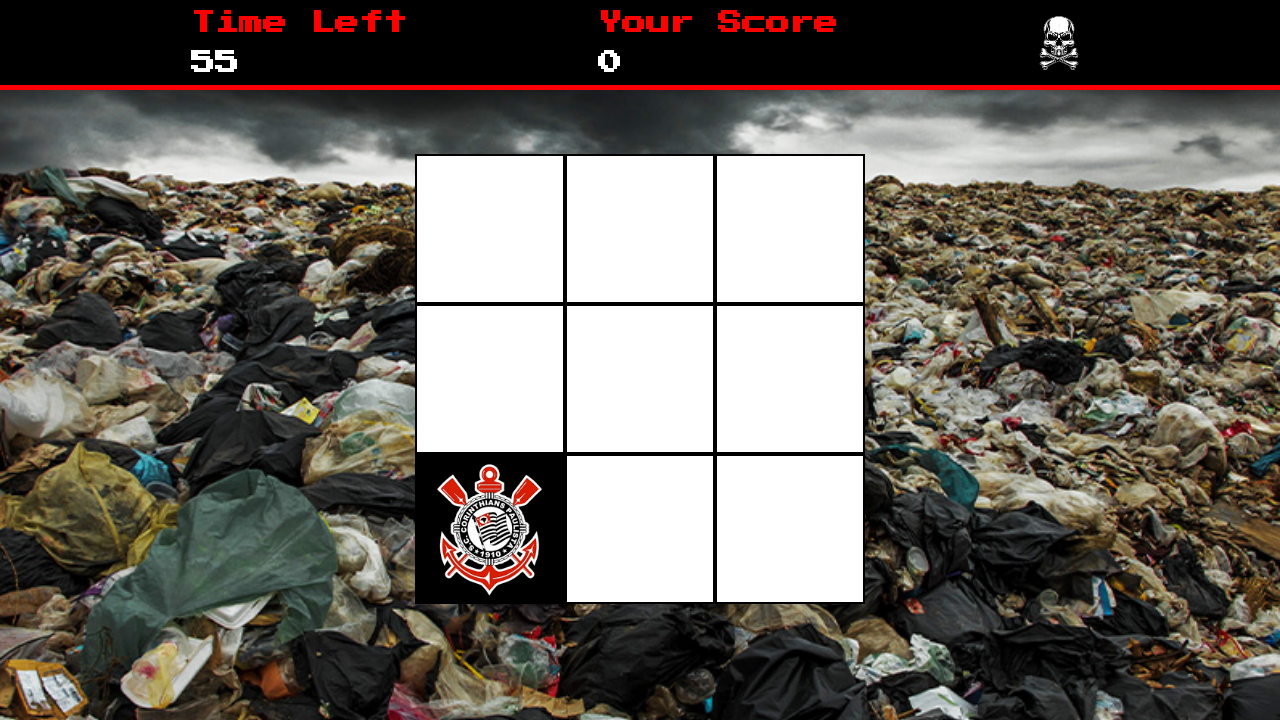
Repository: saulobeltrame/jogo-corinthians
Page: index.html
An editor plug-in stored every save of this project. The page is shown before and after the next save, followed by the edit.
The browser window is 1280 px wide. The pictures show the whole page.
Some web fonts or font styles are not loaded; a fallback is used.

Above is the page before, as saved 2024-11-20 22:29:22.

### index.html
<!-- confg -->
<!DOCTYPE html>
<html lang="pt-br">

<head>
    <meta charset="UTF-8">
    <meta name="viewport" content="width=device-width, initial-scale=1.0">
    <title>Elimine o lixo</title>
    <!-- fonts -->
    <link rel="preconnect" href="https://fonts.googleapis.com">
    <link rel="preconnect" href="https://fonts.gstatic.com" crossorigin>
    <link
        href="https://fonts.googleapis.com/css2?family=Cabin:ital,wght@0,400..700;1,400..700&family=Notable&family=Press+Start+2P&family=Raleway:ital,wght@0,100..900;1,100..900&display=swap"
        rel="stylesheet">
    <!-- styles -->
    <link rel="stylesheet" href="./src/styles/reset.css">
    <link rel="stylesheet" href="./src/styles/main.css">
</head>

<body>

    <div class="container">
        <div class="menu">
            <div class="menu-time">
                <h2 style="color: red;">Time Left</h2>
                <h2 id="time-left">0</h2>
            </div>
            <div class="menu-score">
                <h2 style="color: red;">Your Score</h2>
                <h2 id="score">0</h2>

            </div>
            <div class="menu-lives">
                <img src="./src/images/caveira.jpg" height="60px">

            </div>

        </div>

        <div class="panel">
            <div class="panel-row">
                <div class="square enemy" id="1"></div>
                <div class="square" id="2"></div>
                <div class="square" id="3"></div>
            </div>
            <div class="panel-row">
                <div class="square" id="4"></div>
                <div class="square" id="5"></div>
                <div class="square" id="6"></div>
            </div>
            <div class="panel-row">
                <div class="square" id="7"></div>
                <div class="square" id="8"></div>
                <div class="square" id="9"></div>
            </div>
        </div>

    </div>


    <script defer src="./src/scripts/engine.js"></script>
</body>

</html>

### src/styles/reset.css
*{
    margin:0%;
    padding: 0%;
    box-sizing: border-box;
    /*font-family: "Bebas Neue" , sans-serif;*/
    font-family: "Press Start 2P", cursive;
}

### src/styles/main.css
body{
    background-color: #f0f8ff;
}
.container{
    display:flex;
    flex-direction: column;
    height: 100vh;
    background-image: url(../images/20170116_00_lixoindustrial.jpg);
    background-repeat: no-repeat;
    background-size: cover;
}
.menu{
    display: flex;
    justify-content: space-evenly;
    align-items: center;
    margin-bottom: 5%;
    height: 90px;
    width: 100%;
    background-color: #000000;
    color:rgb(255, 255, 255);
    border-bottom: 5px solid #ff0000;
}
.panel{
    display: flex;
    align-items: center;
    justify-content: center;

}
.square{
    height: 150px;
    width: 150px;
    border: 2px solid rgb(0, 0, 0);
    background-color: #ffffff;
}
.enemy{
    background-image: url(../images/f73aea3ffc64c8fed5872ac0e736c656.png);
    background-size:cover;
    background-position: center;

}
.menu-lives{
    display: flex;
    align-items: center;
    justify-content:center;
}
.menu-time h2:nth-child(2),
.menu-score h2:nth-child(2){
    margin-top: 1rem;
}

### src/scripts/engine.js
alert("Para jogar é só clicar no simbolo para elimina-lo, ao final do tempo mostrará sua pontuação");
const state = {
    view: {
        squares: document.querySelectorAll(".square"),
        enemy: document.querySelector(".enemy"),
        timeleft: document.querySelector("#time-left"),
        score: document.querySelector("#score")
    },
    values: {
        gameVelocity: 550,
        hitPosition: 0,
        result: 0,
        currentTime: 60,
    },
    actions:{
        timerId: setInterval(randomSquare, 550),
        countDownTimerId: setInterval(countDown, 1000),
    }
};

function countDown(){
    state.values.currentTime--;
    state.view.timeleft.textContent = state.values.currentTime;

    if(state.values.currentTime <= 0){
        clearInterval(state.actions.countDownTimerId)
        clearInterval(state.actions.timerId)
        alert("Seu tempo acabou! Você eliminou: " + state.values.result + " lixos");
    }
}

function playSound(){
    let audio = new Audio("./src/audios/Tirosniper1.mp3");
    audio.play();
}

function randomSquare() {
    state.view.squares.forEach((square) => {
        square.classList.remove("enemy");
    });

    let randomNumber = Math.floor(Math.random() * 9)
    let randomSquare = state.view.squares[randomNumber]
    randomSquare.classList.add("enemy")
    state.values.hitPosition = randomSquare.id;
}

function moveEnemy() {
    state.values.timerId = setInterval(randomSquare, state.values.gameVelocity);
}
function addListenerHitBox() {
    state.view.squares.forEach((square) => {
        square.addEventListener("mousedown", () => {
            if (square.id === state.values.hitPosition) {
                state.values.result++;
                state.view.score.textContent = state.values.result;
                state.values.hitPosition = null
                playSound();
            }

        })
    })
}

function init() {
    addListenerHitBox();
}


init();

After the next save:
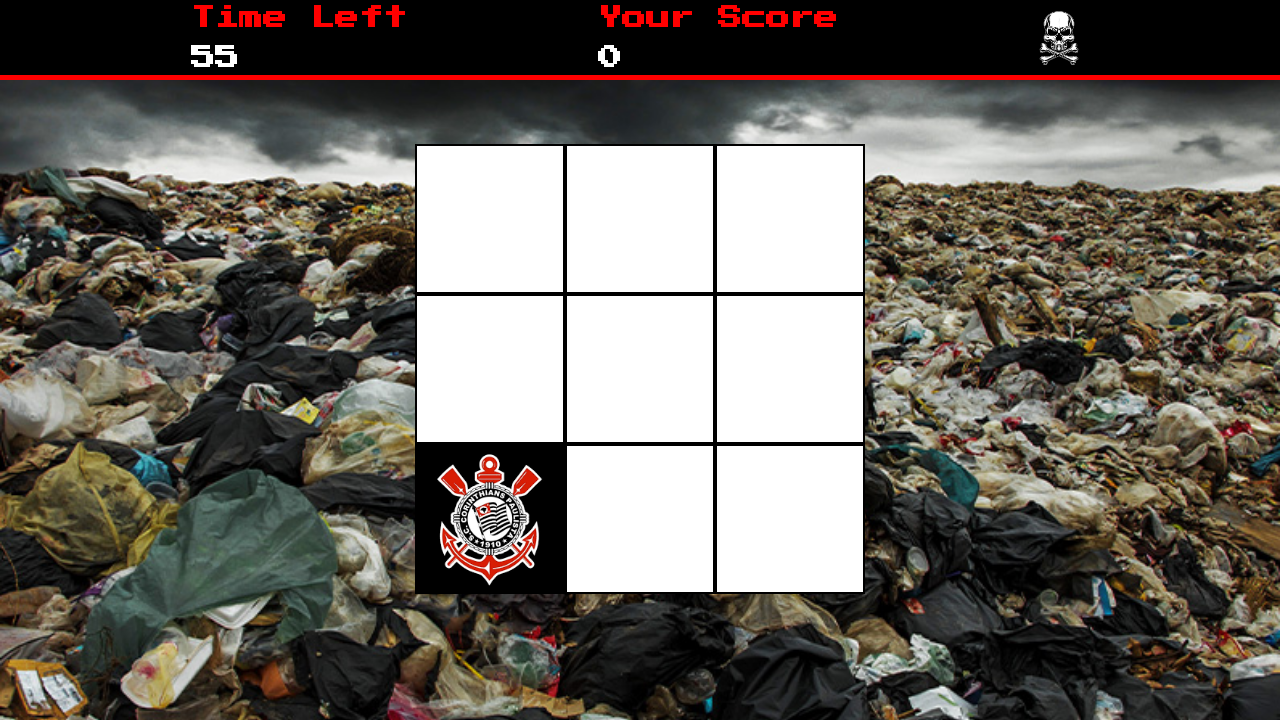
Saved 2 min 43 s later.
--- a/src/styles/main.css
+++ b/src/styles/main.css
@@ -14,7 +14,7 @@
     justify-content: space-evenly;
     align-items: center;
     margin-bottom: 5%;
-    height: 90px;
+    height: 5rem;
     width: 100%;
     background-color: #000000;
     color:rgb(255, 255, 255);
